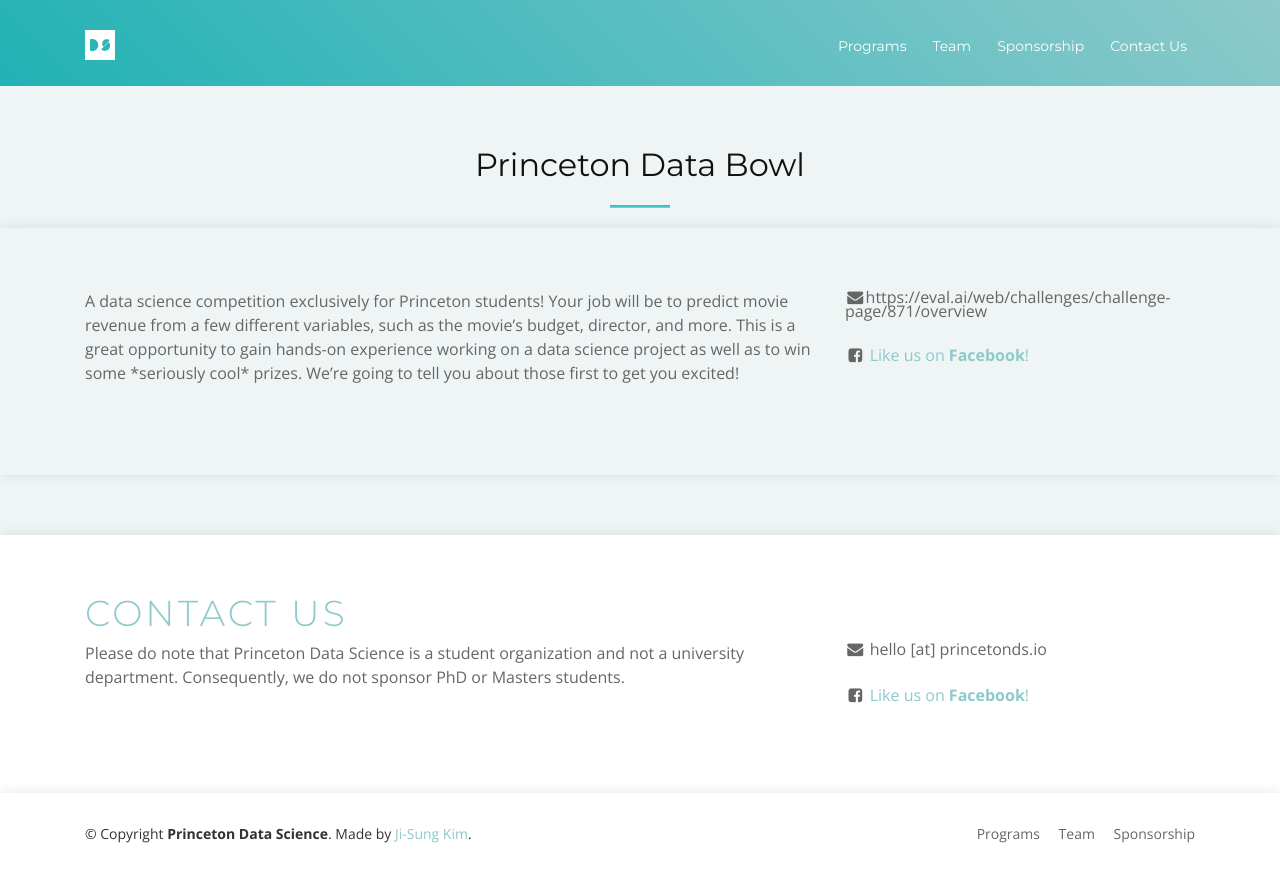
Repository: princetonds/princetonds.github.io
Page: team2.html
The author's editor kept a copy of each file at every save. The page is drawn from the files as they stood at one save, then again after the next save.
The browser window is 1280 px wide. The pictures show the whole page.

Above is the page before, as saved 2021-03-20 03:07:46.
Console error: TypeError: Cannot read properties of null (reading 'innerHTML')

After the next save:
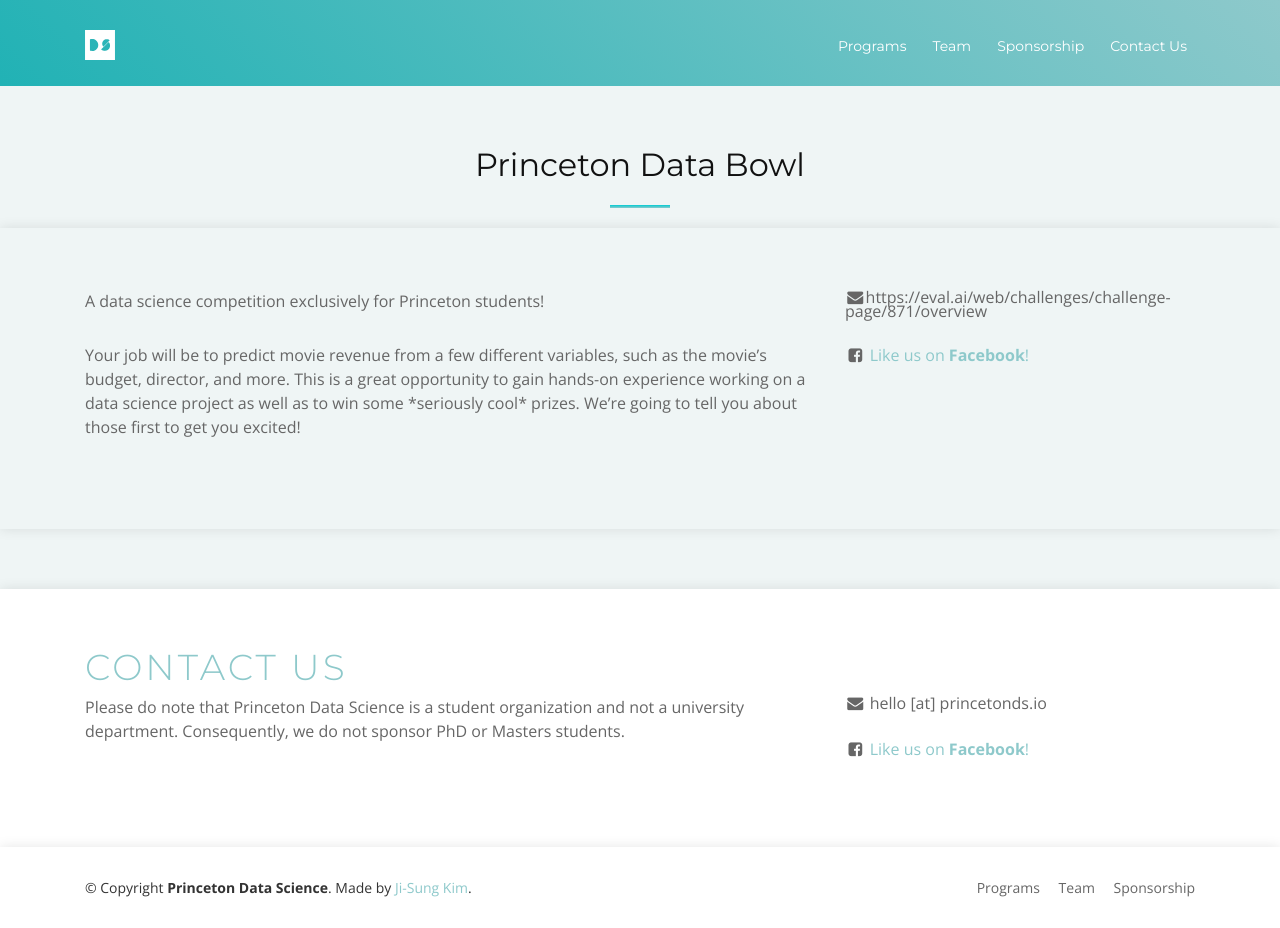
Saved 13 s later.
--- a/team2.html
+++ b/team2.html
@@ -109,7 +109,7 @@
 
         <div class="row wow fadeInUp">
           <div class="col-lg-8 col-md-6">
-            <p>A data science competition exclusively for Princeton students!
+            <p>A data science competition exclusively for Princeton students!</p>
                Your job will be to predict movie revenue from a few different variables, such as the movie’s budget, director, and more. This is a great opportunity to gain hands-on experience working on a data science project as well as to win some *seriously cool* prizes. We’re going to tell you about those first to get you excited!
             </p>
           </div>
